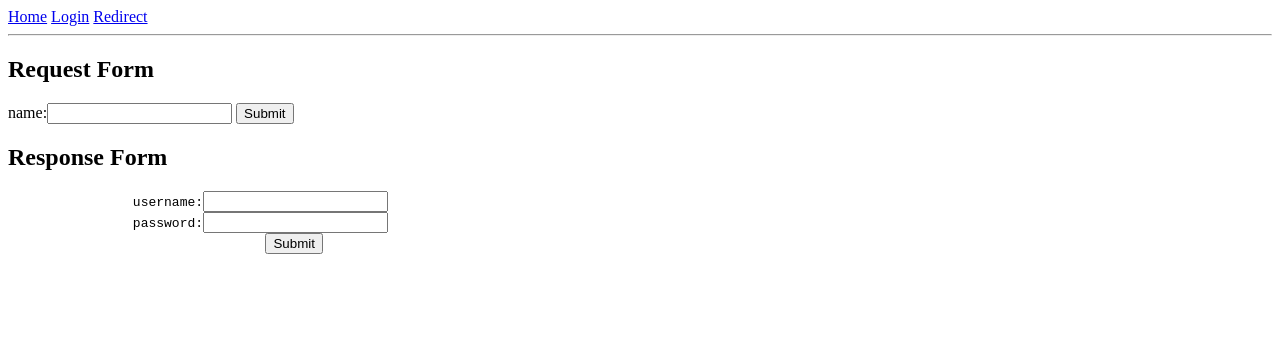
Repository: Gurudutt-S/cts-training
Page: http://localhost/ImplicitObjects/login.jsp
The author's editor kept a copy of each file at every save. The page is drawn from the files as they stood at one save, then again after the next save.
The browser window is 1280 px wide. The pictures show the whole page.
The page is served by Tomcat 9. Other server files are loaded and not shown.

Above is the page before, as saved 2020-02-05 07:08:07.

### Day_30/ImplicitObjects/WebContent/login.jsp
<%@ include file="header.jsp"%>

<h2>Request Form</h2>
<form action="index.jsp">
	name:<input type="text" name="name"> <input type="submit">
</form>

<h2>Response Form</h2>
<form action="action.jsp" method="post">
	<pre>
		username:<input type="text" name="username">
		password:<input type="password" name="password">
				 <input type="submit">
	</pre>
</form>

</body>
</html>

### Day_30/ImplicitObjects/WebContent/header.jsp
<%@ page language="java" contentType="text/html; charset=ISO-8859-1"
    pageEncoding="ISO-8859-1"%>
<!DOCTYPE html>
<html>
<head>
<meta charset="ISO-8859-1">
<title>header</title>
</head>
<body>

<a href="index.jsp">Home</a>
<a href="login.jsp">Login</a>
<a href="hello.jsp">Redirect</a>

<hr>

</body>
</html>

After the next save:
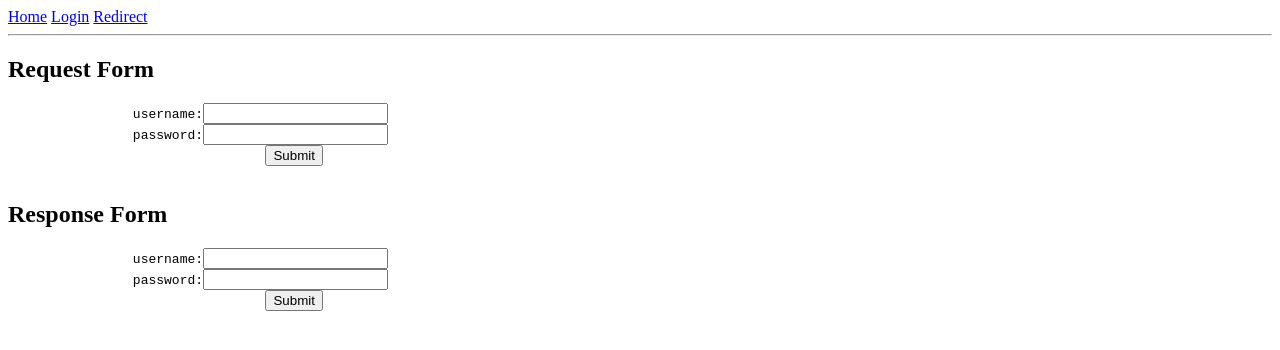
Saved 34 s later.
--- a/Day_30/ImplicitObjects/WebContent/login.jsp
+++ b/Day_30/ImplicitObjects/WebContent/login.jsp
@@ -2,7 +2,11 @@
 
 <h2>Request Form</h2>
 <form action="index.jsp">
-	name:<input type="text" name="name"> <input type="submit">
+	<pre>
+		username:<input type="text" name="username">
+		password:<input type="password" name="password">
+				 <input type="submit">
+	</pre>
 </form>
 
 <h2>Response Form</h2>
